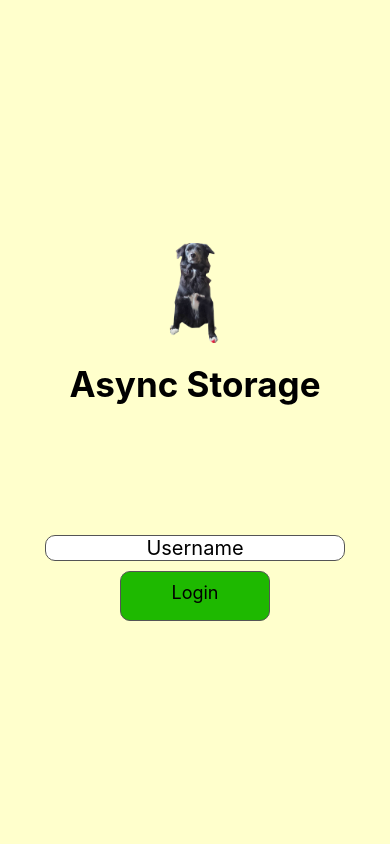
Repository: Curraje/scatter-seed-app
Screen: /
An editor plug-in stored every save of this project. The screen is shown before and after the next save, followed by the edit.
The app was drawn by React Native's web renderer in a window 390 px wide. The project was rebuilt for these pictures with package versions that can differ from the ones it lists, and the page was loaded fresh each time. Some packages were replaced by stand-ins written for this rebuild. Also part of the build but not shown: src/screens/Home.tsx.

Above is the screen before, as saved 2022-03-06 14:29:54.

### index.js
import App from "./src/App";
import { registerRootComponent } from "expo";

// Main Entry Point for App
registerRootComponent(App);

### src/App.tsx
import React from "react";
//import { StatusBar } from "expo-status-bar";
// import { StyleSheet } from "react-native";
// import Header from "./components/Header";
// import CustomButton from "./components/CustomButton";
import { NavigationContainer } from "@react-navigation/native";
// import { createBottomTabNavigator } from "@react-navigation/bottom-tabs";
// import { createMaterialBottomTabNavigator } from "@react-navigation/material-bottom-tabs";
//import { createMaterialTopTabNavigator } from "@react-navigation/material-top-tabs";
//import { createDrawerNavigator } from "@react-navigation/drawer";
import { createNativeStackNavigator } from "@react-navigation/native-stack";
import FontAwesome5 from "react-native-vector-icons/FontAwesome5";
import Login from "./screens/Login";
import Home from "./screens/Home";

// const Tab = createBottomTabNavigator();
// const Tab = createMaterialBottomTabNavigator();
//const Tab = createMaterialTopTabNavigator();
//const Drawer = createDrawerNavigator();
const Stack = createNativeStackNavigator();

export default function App() {
  return (
    <NavigationContainer>
      <Stack.Navigator
        initialRouteName="Login"
        screenOptions={{  }}

      >
        <Stack.Screen
          name="Home"
          component={Home}
          options={{
            title: "Home Screen",
          }}
        />
        <Stack.Screen
          name="Login"
          component={Login}
          options={{
            title: "Login Screen",
            headerShown: false,
          }}
          initialParams={{ItemName:"Item from Drawer", ItemId: 1}}
        />
      </Stack.Navigator>
    </NavigationContainer>
  );
}

### src/screens/Login.tsx
/* eslint-disable indent */
import React, { useEffect, useState } from "react";
import { View, StyleSheet, Image, Text, TextInput, Alert } from "react-native";
import CustomButton from "../utils/CustomButton";
import AsyncStorage from "@react-native-async-storage/async-storage";
import GlobalStyles from "../utils/GlobalStyles";

// eslint-disable-next-line @typescript-eslint/no-explicit-any
export default function Login({ navigation }: any) {
    const [name, setName]=useState("");

    useEffect(() => {
        getData();
      }, []);

      const getData = () => {
        try {
          AsyncStorage.getItem("UserName")
            .then(value => {
              if (value != null) {
                navigation.navigate("Home");
              }
            }
            );
        } catch (error) {
          console.log(error);
        }
      };

    const setData = async () => {
      if (name.length < 1) {
        Alert.alert("Warning!", "Please enter a username");
      } else {
          try {
            await AsyncStorage.setItem("UserName", name);
            navigation.navigate("Home");
          } catch (error) {
            console.log(error);
          }
      }
    };

  return (
    <View
      style={GlobalStyles.body}
    >
      <Image
        style={styles.loginImage}
        source={require("../../assets/bruce.png")}
      />
      <Text style={styles.loginText}>Async Storage</Text>
      <TextInput
        style={styles.loginInput}
        placeholder="Username"
        onChangeText={(value) => setName(value)}
      />
      <CustomButton
        title="Login"
        regular_color="#1eb900"
        pressed_color="#1eb999"
        onPressFunction={setData}
      />
    </View>
  );
}

const styles = StyleSheet.create({
  loginBody: {
    flex: 1,
    alignItems: "center",
    backgroundColor: "#0080ff",
  },
  loginImage: {
      width:100,
      height: 100,
      margin: 20,
      resizeMode: "contain"
  },
  loginText: {
      fontSize: 35,
      fontWeight: "bold",
  },
  loginInput: {
    width: 300,
    borderWidth: 1,
    borderColor: "#555",
    borderRadius: 10,
    backgroundColor: "#ffffff",
    textAlign: "center",
    fontSize: 20,
    marginTop: 130,
    marginBottom: 10,
  },
});

### src/utils/CustomButton.tsx
import React from "react";
import { Pressable, StyleSheet, Text } from "react-native";

// eslint-disable-next-line @typescript-eslint/no-explicit-any
const CustomButton = (props: any) => {
  return (
    <Pressable
      onPress={props.onPressFunction}
      hitSlop={{ top: 10, bottom: 10, right: 10, left: 10 }}
      android_ripple={{ color: "#00f" }}
      style={({ pressed }) => [
        { backgroundColor: pressed ? props.pressed_color : props.regular_color },
        styles.button,
        { ...props.style },
      ]}
    >
      <Text style={styles.text}>{props.title}</Text>
    </Pressable>
  );
};

const styles = StyleSheet.create({
  text: {
    color: "#000000",
    fontSize: 18,
    margin: 10,
    textAlign: "center",
  },
  button: {
    width: 150,
    height: 50,
    alignItems: "center",
    borderWidth: 1,
    borderColor: "#555",
    borderRadius: 10,
  },
});

export default CustomButton;

### src/utils/GlobalStyles.tsx
import { StyleSheet } from "react-native";

export default StyleSheet.create({
  body: {
    flex: 1,
    justifyContent: "center",
    alignItems: "center",
    backgroundColor: "#ffffcc", //I like this colour as the main colour for the App - THOUGHTS?
  },
  text: {
    fontSize: 40,
    fontWeight: "bold",
    margin: 10,
  },
});

After the next save:
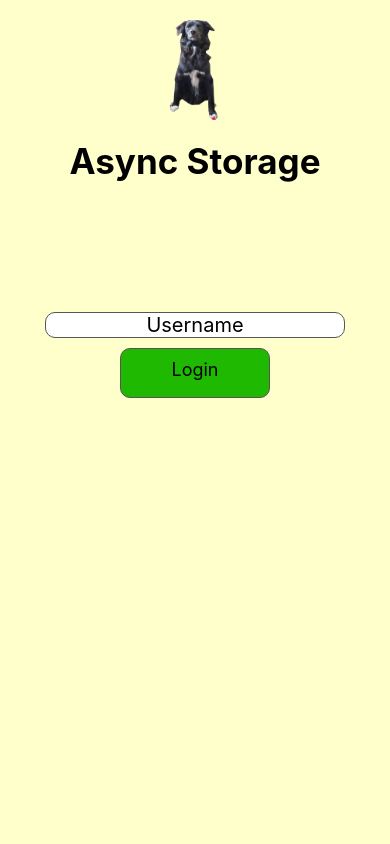
Saved 16 s later.
--- a/src/utils/GlobalStyles.tsx
+++ b/src/utils/GlobalStyles.tsx
@@ -3,7 +3,6 @@ import { StyleSheet } from "react-native";
 export default StyleSheet.create({
   body: {
     flex: 1,
-    justifyContent: "center",
     alignItems: "center",
     backgroundColor: "#ffffcc", //I like this colour as the main colour for the App - THOUGHTS?
   },
